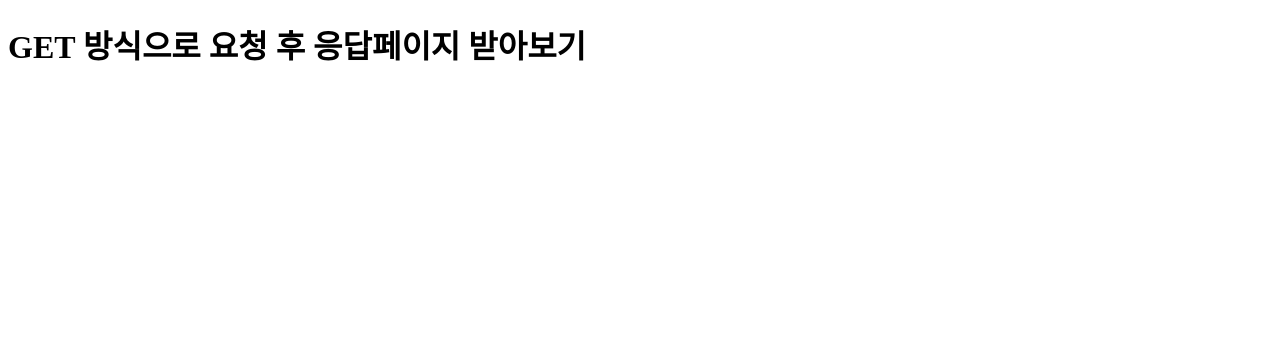
Repository: Young-27/DailyStudy
Page: Server/web-workspace1/1_Servlet/WebContent/views/requestTest_GET.html
The author's editor kept a copy of each file at every save. The page is drawn from the files as they stood at one save, then again after the next save.
The browser window is 1280 px wide. The pictures show the whole page.

Above is the page before, as saved 2021-04-26 10:11:11.

After the next save:
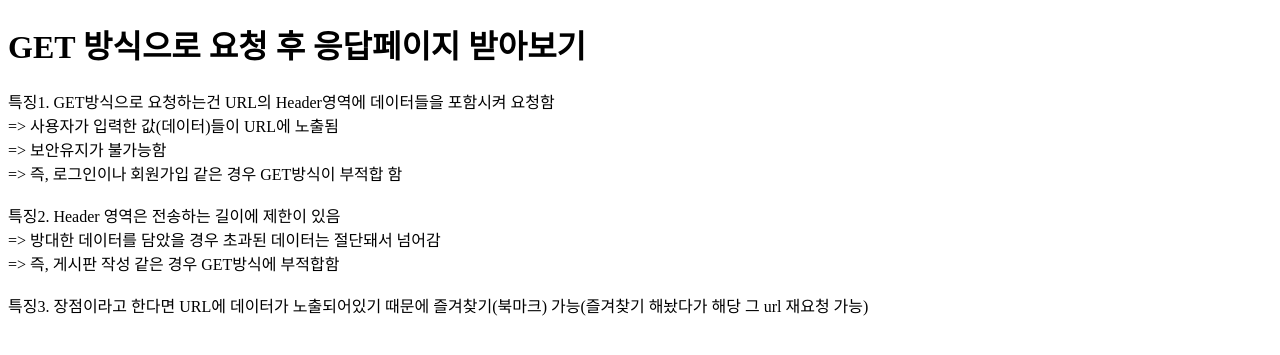
Saved 12 min 50 s later.
--- a/Server/web-workspace1/1_Servlet/WebContent/views/requestTest_GET.html
+++ b/Server/web-workspace1/1_Servlet/WebContent/views/requestTest_GET.html
@@ -8,6 +8,26 @@
 
 	<h1>GET 방식으로 요청 후 응답페이지 받아보기</h1>
 
+	<p>
+		특징1. GET방식으로 요청하는건 URL의 Header영역에 데이터들을 포함시켜 요청함 <br>
+		=> 사용자가 입력한 값(데이터)들이 URL에 노출됨 <br>
+		=> 보안유지가 불가능함 <br>
+		=> 즉, 로그인이나 회원가입 같은 경우 GET방식이 부적합 함 <br><br>
+
+		특징2. Header 영역은 전송하는 길이에 제한이 있음 <br>
+		=> 방대한 데이터를 담았을 경우 초과된 데이터는 절단돼서 넘어감 <br>
+		=> 즉, 게시판 작성 같은 경우 GET방식에 부적합함 <br><br>
+
+		특징3. 장점이라고 한다면 URL에 데이터가 노출되어있기 때문에 즐겨찾기(북마크) 가능(즐겨찾기 해놨다가 해당 그 url 재요청 가능)
+	</p>
+
+
+	<form action="" method="">
+
+
+
+	</form>
+
 
 </body>
 </html>
